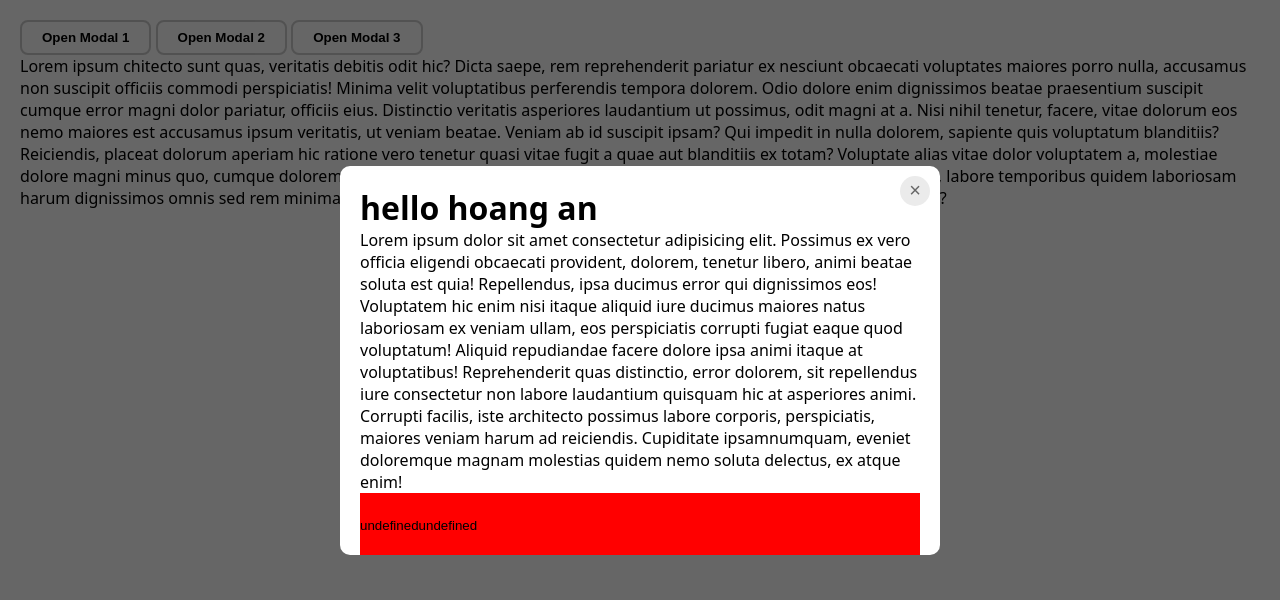
Repository: hoangan3526/Javascript-project
Page: index.html
These files come from the project's save history. The page is drawn as it stood at one moment and after the next save; the edit follows.
The browser window is 1280 px wide. The pictures show the whole page.

Above is the page before, as saved 2026-05-04 13:07:21.

### index.html
<!DOCTYPE html>
<html lang="en">
    <head>
        <meta charset="UTF-8" />
        <meta name="viewport" content="width=device-width, initial-scale=1.0" />
        <title>Modal</title>
        <link rel="stylesheet" href="style.css" />
    </head>
    <body>
        <main>
            <button id="open-modal-1" class="btn">Open Modal 1</button>
            <button id ="open-modal-2" class="btn">Open Modal 2</button>

            <button id="open-modal-3" class="btn">Open Modal 3</button>

            <p>Lorem ipsum chitecto sunt quas, veritatis debitis odit hic? Dicta saepe, rem reprehenderit pariatur ex nesciunt obcaecati voluptates maiores porro nulla, accusamus non suscipit officiis commodi perspiciatis!
            Minima velit voluptatibus perferendis tempora dolorem. Odio dolore enim dignissimos beatae praesentium suscipit cumque error magni dolor pariatur, officiis eius. Distinctio veritatis asperiores laudantium ut possimus, odit magni at a.
            Nisi nihil tenetur, facere, vitae dolorum eos nemo maiores est accusamus ipsum veritatis, ut veniam beatae. Veniam ab id suscipit ipsam? Qui impedit in nulla dolorem, sapiente quis voluptatum blanditiis?
            Reiciendis, placeat dolorum aperiam hic ratione vero tenetur quasi vitae fugit a quae aut blanditiis ex totam? Voluptate alias vitae dolor voluptatem a, molestiae dolore magni minus quo, cumque dolorem.
            Id unde minus sit laboriosam dolore beatae dolorum. Quo quibusdam adipisci, labore temporibus quidem laboriosam harum dignissimos omnis sed rem minima accusantium, perferendis reiciendis! Officia explicabo amet velit alias quisquam?</p>
        </main>
        <template id ="modal-1">
            <h1>hello hoang an</h1>
            <p>Lorem ipsum dolor sit amet consectetur adipisicing elit. Possimus ex vero officia eligendi obcaecati provident, dolorem, tenetur libero, animi beatae soluta est quia! Repellendus, ipsa ducimus error qui dignissimos eos!
            Voluptatem hic enim nisi itaque aliquid iure ducimus maiores natus laboriosam ex veniam ullam, eos perspiciatis corrupti fugiat eaque quod voluptatum! Aliquid repudiandae facere dolore ipsa animi itaque at voluptatibus!
            Reprehenderit quas distinctio, error dolorem, sit repellendus iure consectetur non labore laudantium quisquam hic at asperiores animi. Corrupti facilis, iste architecto possimus labore corporis, perspiciatis, maiores veniam harum ad reiciendis.
            Cupiditate ipsamnumquam, eveniet doloremque magnam molestias quidem nemo soluta delectus, ex atque enim!</p>
        </template>
        <template id="modal-2">
            <h1>Login</h1>
            <form action="" id="login-form">
                <input
                    type="email"
                    placeholder="Enter your email..."
                    id="email"
                />
                <br />
                <input
                    type="password"
                    placeholder="Enter your password..."
                    id="password"
                />
                <br />
                <button type="submit">Login</button>
            </form>
        </template>
        <template id = "modal-3">
            <h1>hello hoang an</h1>
            <p>Lorem ipsum dolor sit amet consectetur adipisicing elit. Possimus ex vero officia eligendi obcaecati provident, dolorem, tenetur libero, animi beatae soluta est quia! Repellendus, ipsa ducimus error qui dignissimos eos!
            Voluptatem hic enim nisi itaque aliquid iure ducimus maiores natus laboriosam ex veniam ullam, eos perspiciatis corrupti fugiat eaque quod voluptatum! Aliquid repudiandae facere dolore ipsa animi itaque at voluptatibus!
            Reprehenderit quas distinctio, error dolorem, sit repellendus iure consectetur non labore laudantium quisquam hic at asperiores animi. Corrupti facilis, iste architecto possimus labore corporis, perspiciatis, maiores veniam harum ad reiciendis.
            Cupiditate ipsamnumquam, eveniet doloremque magnam molestias quidem nemo soluta delectus, ex atque enim!</p>

        </template>
        <!-- Modal -->

        <script src="main.js"></script>
    </body>
</html>

### style.css
* {
    margin: 0;
    padding: 0;
    box-sizing: border-box;
}

html {
    font-size: 62.5%;
}

body {
    font-size: 1.6rem;
    font-family: system-ui, -apple-system, BlinkMacSystemFont, "Segoe UI",
        Roboto, Oxygen, Ubuntu, Cantarell, "Open Sans", "Helvetica Neue",
        sans-serif;
}
main {
    margin: 20px;
}

.btn {
    border: 2px solid #ccc;
    border-radius: 8px;
    padding: 8px 20px;
    font-weight: 600;
}
button {
    border: none;
    outline: none;
    background: transparent;
    cursor: pointer;
}

.modal-backdrop {
    position: fixed;
    inset: 0;
    display: flex;
    align-items: center;
    justify-content: center;
    background: rgba(0, 0, 0, 0.6);
    opacity: 0;
    visibility: hidden;
    transition: opacity, visibility;
    transition-duration: 0.3s;
}

.modal-backdrop.show {
    opacity: 1;
    visibility: visible;
}

.modal-backdrop.show .modal-container {
    transform: scale(1);
}

.modal-container {
    position: relative;
    width: min(600px, 90%);
    padding: 20px 20px 0;
    border-radius: 10px;
    background: #fff;
    transform: scale(0);
    transition: transform 0.3s;
}

.modal-close {
    position: absolute;
    top: 10px;
    right: 10px;
    width: 30px;
    height: 30px;
    border-radius: 50%;
    color: #666;
    background: #ebebeb;
    font-size: 2rem;
}

.modal-close:hover {
    color: #333;
}

.modal-content {
    max-height: 80vh;
    overflow-y: auto;
}
.modal-footer {
    background-color: red;
    padding: 20px 0;
}
.no-scroll{
    overflow: hidden;
}

### main.js
const $ = document.querySelector.bind(document);
const $$ = document.querySelectorAll.bind(document);

function Modal(options = {}) {
    const { templateId, classCSS= [], destroyOnClose = true, closeMethods =["button" , "overlay", "escape"] , onOpen , onClose  , footer = false} = options;

    this._footerbuttons =[];
        const template = $(`#${templateId}`);

        if (!template) {
            console.error(`#${templateId} does not exist!`);
            return;
        }
        this._allowEscapeClose = closeMethods.includes("escape");
        this._allowBackdropClose = closeMethods.includes("overlay");
        this._allowButtonClose = closeMethods.includes("button");
        this.addfooterButton = (title , classnames , callback) =>{

            this._footerbuttons.push({
                title,
                classnames,
                callback
            });
        };
    function getScrollbarWidth() {
        if (getScrollbarWidth.value) return getScrollbarWidth.value;

        const div = document.createElement("div");
        Object.assign(div.style, {
            overflow: "scroll",
            position: "absolute",
            top: "-9999px",
        });

        document.body.appendChild(div);
        const scrollbarWidth = div.offsetWidth - div.clientWidth;
        document.body.removeChild(div);

        getScrollbarWidth.value = scrollbarWidth;

        return scrollbarWidth;
    }
    this.build = () => {
        const content = template.content.cloneNode(true);

        // Create modal elements
        this._backdrop = document.createElement("div");
        this._backdrop.className = "modal-backdrop";

        const container = document.createElement("div");
        container.className = "modal-container";
        classCSS.forEach( classItem => {
            if ( typeof classItem === "string"){
                container.classList.add(classItem);
            }
        });
        if(typeof classCSS === 'string'){

        }
        if (this._allowButtonClose){
            const closeBtn = document.createElement("button");
            closeBtn.className = "modal-close";
            closeBtn.innerHTML = "&times;";
            container.appendChild(closeBtn);
            closeBtn.onclick = () => this.close();
        }

        const modalContent = document.createElement("div");
        modalContent.className = "modal-content";

        // Append content and elements
        modalContent.append(content);
        container.append(modalContent);
        if ( footer){
           this._modalfooter = document.createElement("div");
            this._modalfooter.className = "modal-footer";
            if(this._footerContent){
                this._modalfooter.innerHTML = this._footerContent;
            }

            this._footerbuttons.forEach(btnConfig => {
               const btn = document.createElement("button");
               btn.innerHTML = this._footerbuttons.title ;

               // Gán class (Kiểm tra kỹ lỡ người dùng truyền chuỗi rỗng)
                if (btnConfig.cssClasses && btnConfig.cssClasses.trim() !== "") {
                    // Cắt chuỗi "class1 class2" thành mảng và add vào classList
                    const classArray = btnConfig.cssClasses.split(" ");
                    btn.classList.add(...classArray);
                }

                // Gán sự kiện click
                if (typeof btnConfig.callback === "function") {
                    btn.onclick = (e) => {
                        // Gọi callback của người dùng truyền vào
                        btnConfig.callback(e);
                    };
                }

                // Nhét cái nút vừa tạo vào trong thẻ Footer
                this._modalfooter.append(btn);
            });
            container.append(this._modalfooter);
        }
        this._backdrop.append(container);
        document.body.append(this._backdrop);

    }
    this.open= () => {
       if (!this._backdrop){
        this.build();
       }

        setTimeout(() => {
            this._backdrop.classList.add("show");
        }, 0);

        // Disable scrolling
        document.body.classList.add("no-scroll");
        document.body.style.paddingRight = getScrollbarWidth() + "px";

        // Attach event listeners


        if (this._allowBackdropClose) {
            this._backdrop.onclick = (e) => {
                if (e.target === this._backdrop) {
                    this.close();
                }
            };
        }
        if(this._allowEscapeClose){
            document.addEventListener("keydown", (e) => {
                if (e.key === "Escape") {
                    this.close();
                }
            });
        }

            this._onTransitonEnd(() => {

                if ( typeof onOpen === "function") onOpen();
            })


        return this._backdrop;
    };
    this.setFooterContent = html => {
        this._footerContent = html;
        if(this._modalfooter){
            this._footerContent.innerHTML = html;
        }
    }
    this._onTransitonEnd = (callback) => {
        this._backdrop.ontransitionend = (e) => {
            if( e.propertyName !== "transform" ) return ;
        if ( typeof callback === "function") callback();
    }

    this.close = (destroy= destroyOnClose) => {
        this._backdrop.classList.remove("show");


        this._onTransitonEnd ( () => {
                if (this._backdrop && destroy){
                    this._backdrop.remove();
                    this._backdrop = null;
                    this._modalfooter = null;
                }

                // Enable scrolling
                document.body.classList.remove("no-scroll");
                document.body.style.paddingRight = "";

            if (typeof onClose === "function") onClose();
        });


    };
    this.destroy  = () => {
        this.close(true);
    }
}
}

const modal1 = new Modal(
    {
        templateId: "modal-1",

        destroyOnClose : false,
        onOpen : () => {
            console.log("Open Modal");

        },
        onClose :() => {
            console.log("Close Modal");

        }
    }
);

$("#open-modal-1").onclick = () => {
    const modalElement = modal1.open();
};

const modal2 = new Modal({
    templateId : "modal-2",
    classCSS : ["class1","class2"],
})
$("#open-modal-2").onclick = () => {
    const modalElement = modal2.open();
    const form = modalElement.querySelector("#login-form");
    if (form) {
        form.onsubmit = (e) => {
            e.preventDefault();
            const formData = {
                email: $("#email").value.trim(),
                password: $("#password").value.trim(),
            };

            console.log(formData);
        };
    }
}
const modal3 = new Modal({
    templateId: "modal-3",
    footer: true // Nhớ bật cái này lên
});

// Thêm nút Hủy
modal3.addfooterButton('Cancel', 'btn btn-secondary', (e) => {
    console.log("Bạn vừa bấm nút Hủy bỏ!");
    modal3.close(); // Thường nút Cancel sẽ gọi lệnh đóng Modal
});

// Thêm nút Đồng ý
modal3.addfooterButton('Agree', 'btn btn-primary', (e) => {
    console.log("Bạn vừa bấm Đồng Ý!");
    // Có thể thực hiện gửi API, lưu dữ liệu ở đây
});

// Cuối cùng mới mở Modal
modal3.open();

After the next save:
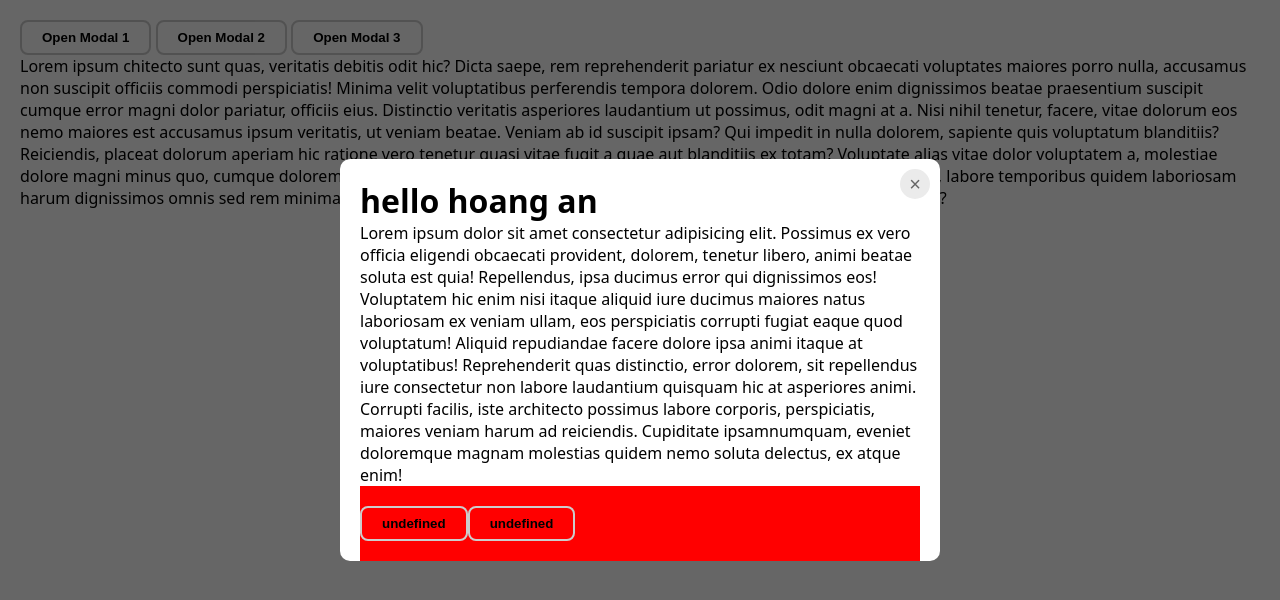
Saved 104 s later.
--- a/main.js
+++ b/main.js
@@ -14,12 +14,12 @@ function Modal(options = {}) {
         this._allowEscapeClose = closeMethods.includes("escape");
         this._allowBackdropClose = closeMethods.includes("overlay");
         this._allowButtonClose = closeMethods.includes("button");
-        this.addfooterButton = (title , classnames , callback) =>{
+        this.addfooterButton = (title , cssClasses , callback) =>{
 
             this._footerbuttons.push({
-                title,
-                classnames,
-                callback
+                title : title,
+                cssClasses : cssClasses,
+                callback : callback,
             });
         };
     function getScrollbarWidth() {
